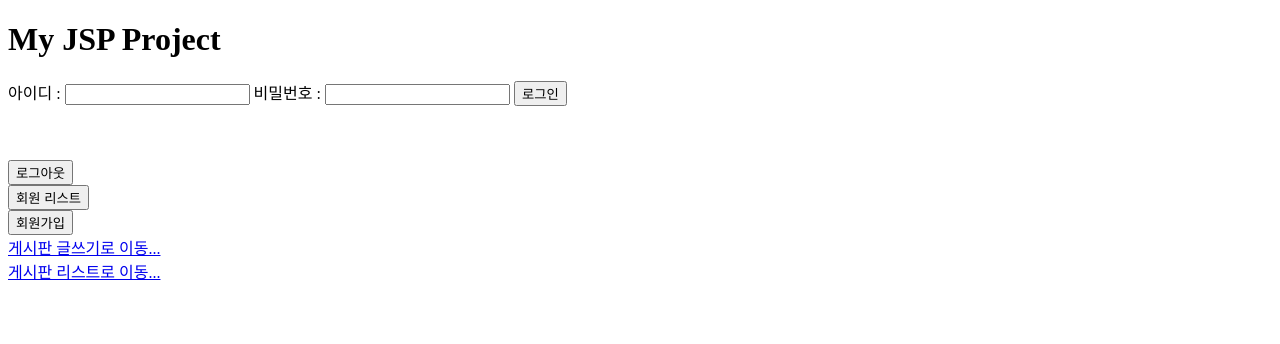
Repository: Leesunghoon1/pjthome
Page: http://localhost/jsp_pjt/
An editor plug-in stored every save of this project. The page is shown before and after the next save, followed by the edit.
The browser window is 1280 px wide. The pictures show the whole page.
The page is served by Tomcat 9. The template is opened directly, without the code that normally fills it, so the values that code supplies are empty.

Above is the page before, as saved 2023-09-22 09:04:34.

After the next save:
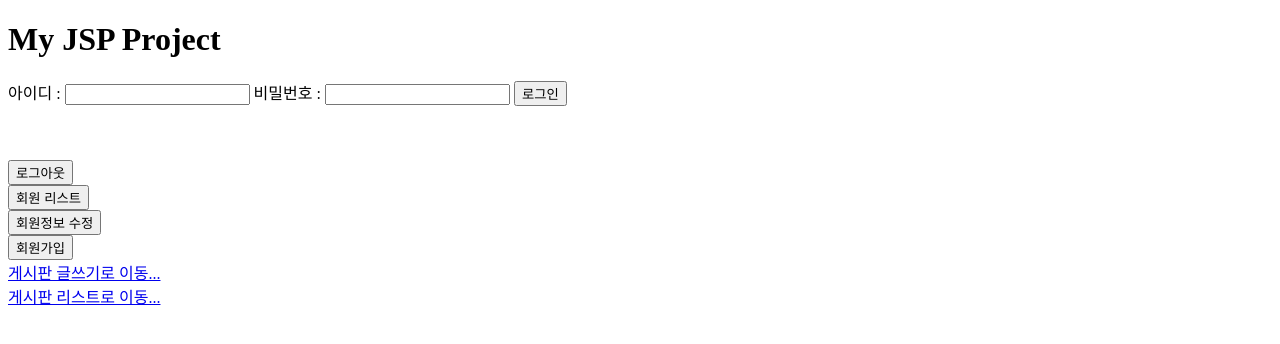
Saved 64 s later.
--- a/jsp_pjt-main/jsp_pjt/src/main/webapp/index.jsp
+++ b/jsp_pjt-main/jsp_pjt/src/main/webapp/index.jsp
@@ -24,17 +24,20 @@
 	${ses.id } 로그인 하였습니다.<br>
 	계정생성일 : ${ses.regdate }<br>
 	마지막접속 : ${ses.lastlogin }<br>
+
 	<a href="/board/register.jsp"><button>게시판 글쓰기로 이동</button></a>
 	</c:if>
 	<a href="/mem/logout"><button>로그아웃</button></a>
 	<br>
 	<a href="/mem/list"><button>회원 리스트</button></a>
 	<br>
+	<a href="/mem/modify"><button>회원정보 수정</button></a>
+	<br>
 	<a href="/mem/join"><button>회원가입</button></a>
 	<br>
 	<a href="/brd/register">게시판 글쓰기로 이동...</a>
 	<br>
-	<a href="/brd/list">게시판 리스트로 이동...</a>
+	<a href="/brd/pageList">게시판 리스트로 이동...</a>
 
 
 	<script type="text/javascript">
